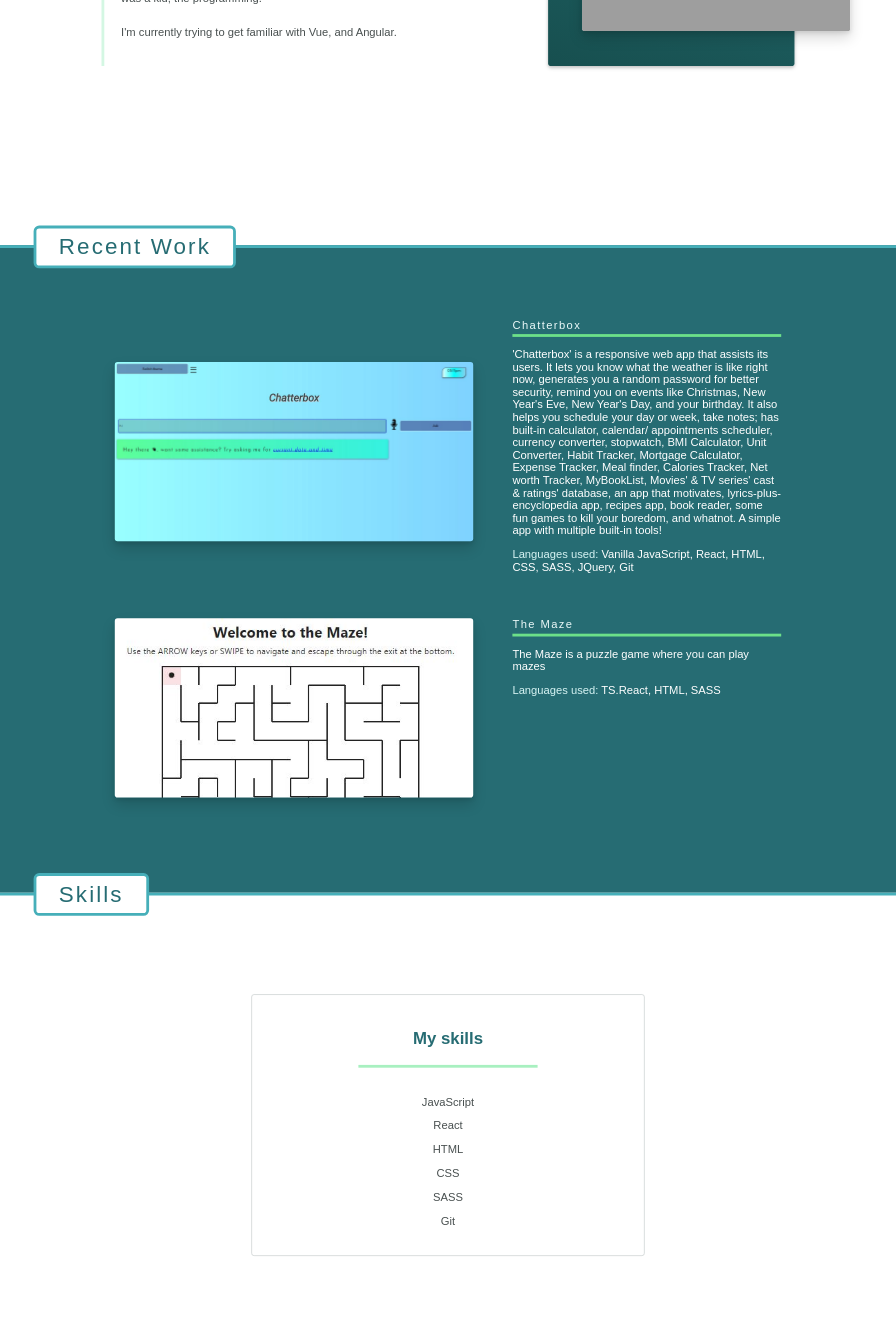
Repository: Abbaskhurram255/port
Page: /
These files come from the project's save history. The page is drawn as it stood at one moment and after the next save; the edit follows.
The browser window is 1280 px wide. The pictures show the part of the page from y = 516 to 2436 px (the page is 2782 px tall), at 70% of full size.
Pictures or frames that could not be fetched are drawn as grey boxes. The page's requests for data from a server got no answer. Some web fonts or font styles are not loaded; a fallback is used. Some web libraries are served in a nearby version. The project was rebuilt for these pictures with package versions that can differ from the ones it lists, and the page was loaded fresh each time. No one was signed in, and anything a server would have sent is missing.

Above is the page before, as saved 2020-12-03 23:15:23.

### public/index.html
<!DOCTYPE html>
<html lang="en">
  <head>
    <meta charset="utf-8" />
    <meta
      name="viewport"
      content="width=device-width, initial-scale=1, shrink-to-fit=no"
    />
    <meta name="theme-color" content="#000000" />
    <meta property="og:title" content="Alex Puth | Portfolio" />
    <meta
      property="og:description"
      content="A portfolio of web applications by Alex Puth"
    />
    <meta property="og:url" content="https://www.abbaskhurram255.github.io/" />
    <meta property="og:image" content="/images/portfolio-home.jpg" />
    <title>Alex Puth | Portfolio</title>
    <link
      href="https://fonts.googleapis.com/css?family=Muli:300,400,600,700"
      rel="stylesheet"
    />
    <link
      rel="stylesheet"
      href="https://use.fontawesome.com/releases/v5.4.2/css/all.css"
      integrity="sha384-/rXc/GQVaYpyDdyxK+ecHPVYJSN9bmVFBvjA/9eOB+pb3F2w2N6fc5qB9Ew5yIns"
      crossorigin="anonymous"
    />
  </head>

  <body>
    <noscript>You need to enable JavaScript to run this app.</noscript>
    <div id="root"></div>
  </body>
</html>

### src/index.tsx
import React from "react";
import ReactDOM from "react-dom";
import App from "./App";
import * as serviceWorker from "./serviceWorker";
import "./styles/styles.scss";

ReactDOM.render(<App />, document.getElementById("root"));

// If you want your app to work offline and load faster, you can change
// unregister() to register() below. Note this comes with some pitfalls.
// Learn more about service workers: http://bit.ly/CRA-PWA
serviceWorker.unregister();

### src/App.tsx
import * as React from "react";
import Contact from "./components/Contact";
import Home from "./components/Home";
import Navbar from "./components/Navbar";
import RecentWork from "./components/RecentWork";
import Skills from "./components/Skills";

class App extends React.Component {
  public render() {
    return (
      <div>
        <Navbar />
        <Home />
        <RecentWork />
        <Skills />
        <Contact />
      </div>
    );
  }
}

export default App;

### src/styles/styles.scss
@import "./base/settings";
@import "./base/base";
@import "./components/navbar";
@import "./components/home";
@import "./components/images";
@import "./components/recent-works";
@import "./components/projects";
@import "./components/project";
@import "./components/skills";
@import "./components/skill";
@import "./components/contact";
@import "./components/social";
@import "./components/section-title";

### src/components/Contact.tsx
import * as React from "react";
import utils from "../utils/constants";
import Social from "./Social";
import Title from "./Title";

const { GITHUB_URL, TWITTER_URL } = utils.social;
const { EMAIL } = utils.contact;

const Contact = () => {
  return (
    <div id="contact" className="contact">
      <Title title="Get in Touch" parentComponent="contact" />
      <div className="contact__social-links">
        <p className="contact__brackets">{"{"}</p>
        <Social socialIcon="fab fa-github" socialUrl={GITHUB_URL} />
        <Social socialIcon="fab fa-twitter" socialUrl={TWITTER_URL} />
        <Social socialIcon="fas fa-envelope" socialUrl={`mailto:${EMAIL}`} />
        <p className="contact__brackets">{"}"}</p>
      </div>
    </div>
  );
};

export default Contact;

### src/components/Home.tsx
import * as React from "react";
import Image from "./Image";
import Text from "./Text";
import Title from "./Title";

const Home = () => {
  return (
    <div className="home">
      <div className="home__text-container">
        <Title
          title="<Alex Puth (aka Khurram) />"
          parentComponent="home"
          subTitle="Front-End Developer"
        />
        <Text parentComponent="home" mobile="" />
      </div>
      <Image
        src="/images/headshot.jpg"
        alt="Headshot of Alex Puth"
        parentComponent="home"
      />
      <Text parentComponent="home" mobile="--mobile" />
    </div>
  );
};

export default Home;

### src/components/Navbar.tsx
import * as React from "react";

interface INavbarState {
  linkClass: string;
  isToggled: boolean;
}

class Navbar extends React.Component {
  public state = {
    isToggled: true,
    linkClass: "navbar__link"
  };

  public toggleNav = () => {
    const { isToggled } = this.state;
    this.setState({ isToggled: !isToggled });
    isToggled
      ? this.setState({ linkClass: "navbar__link--show" })
      : this.setState({ linkClass: "navbar__link" });
  };

  public render() {
    return (
      <div className="navbar">
        <a className="navbar__brand" href="#">
          <p className="navbar__brand-text">AP</p>
        </a>
        <i onClick={this.toggleNav} className="fas fa-bars navbar__hamburger" />
        <div className="navbar__link-box">
          <a className={this.state.linkClass} href="#">
            <p className="navbar__link-text">Home</p>
          </a>

          <a className={this.state.linkClass} href="#recent-works">
            <p className="navbar__link-text">Recent Work</p>
          </a>

          <a className={this.state.linkClass} href="#skills">
            <p className="navbar__link-text">Skills</p>
          </a>

          <a className={this.state.linkClass} href="#contact">
            <p className="navbar__link-text">Contact</p>
          </a>
        </div>
      </div>
    );
  }
}
export default Navbar;

### src/components/RecentWork.tsx
import * as React from "react";
import Projects from "./Projects";
import Title from "./Title";

const RecentWork = () => {
  return (
    <div id="recent-works" className="recent-works">
      <Title title="Recent Work" parentComponent="recent-works" />
      <Projects />
    </div>
  );
};

export default RecentWork;

### src/components/Skills.tsx
import * as React from "react";
import Skill from "./Skill";
import Title from "./Title";

const Skills = () => {
  const technicalSkills: string[] = [
    "JavaScript",
    "React",
    "HTML",
    "CSS",
    "SASS",
    "Git"
  ];

  return (
    <div id="skills" className="skills">
      <Title title={"Skills"} parentComponent="skills" />
      <div className="skills__set-box">
        <Skill title="My skills" skills={technicalSkills} />
      </div>
    </div>
  );
};

export default Skills;

### src/styles/base/_base.scss
html {
  font-size: 62.5%;
  scroll-behavior: smooth;
}

body {
  margin: 0;
  background-color: $white;
}

button {
  cursor: pointer;
}

button:disabled {
  cursor: default;
}

### src/styles/components/_home.scss
.home {
  display: flex;
  flex-direction: column;
  justify-content: space-around;
  margin: $size-10 auto $size-8 auto;
  max-width: 100rem;
  padding: 0 $size-4;
  @media (min-width: $breakpoint-1) {
    margin: $size-10 25% $size-9 25%;
  }
  @media (min-width: $breakpoint-2) {
    flex-direction: row;
    margin: $size-10 auto $size-12 auto;
  }
}

.home__title-box {
  align-items: center;
  display: flex;
  flex-direction: column;
  justify-content: center;
  margin-top: $size-3;
  @media (min-width: $breakpoint-2) {
    margin: 0;
    margin-left: -$size-9;
    align-items: flex-start;
  }
}

.home__title {
  color: $primary-7;
  font-family: $header;
  font-size: $size-6;
  font-weight: 700;
  letter-spacing: 0.3rem;
  line-height: 1;
  margin: 0;
  @media (min-width: $breakpoint-1) {
    font-size: $size-6;
  }
  @media (min-width: $breakpoint-2 - 13) {
    font-size: $size-7;
  }
  @media (min-width: $breakpoint-3) {
    font-size: 7.2rem;
  }
}

.home__subtitle {
  color: $gray-5;
  font-family: $header;
  font-size: $size-4;
  font-weight: 300;
  margin: $size-3 0;
  @media (min-width: $breakpoint-1) {
    font-size: 1.8rem;
  }
  @media (min-width: $breakpoint-2 - 13) {
    font-size: $size-5;
  }
  @media (min-width: $breakpoint-3) {
    font-size: $size-6;
  }
}

.home__text-container {
  display: flex;
  flex-direction: column;
  justify-content: flex-end;
}

.home__text-box {
  border-left: $size-1 solid $secondary-2;
  margin-top: $size-6;
  padding: $size-5 $size-4;
  width: $size-14;
  @media (max-width: $breakpoint-2 - 1) {
    display: none;
  }
}

.home__text-box--mobile {
  border-left: $size-1 solid $secondary-2;
  box-sizing: border-box;
  margin-top: $size-6;
  padding: $size-2;
  width: 100%;
  @media (min-width: $breakpoint-2) {
    display: none;
  }
}

.home__text {
  color: $gray-7;
  font-family: $text;
  font-size: $size-3;
  line-height: 2;
  margin: 0;
  padding: $size-2;
  @media (min-width: $breakpoint-2) {
    font-size: $size-4;
  }
}

.home__text-link {
  @extend .home__text;
  color: $primary-7;
  padding: 0;
  text-decoration: none;
}

.home__text-link:hover {
  color: $primary-5;
}

### src/styles/components/images.scss
.home-image-box {
  background: $gradient-1;
  border-radius: $radius-2;
  box-shadow: $shadow-2;
  padding: $size-3;
  @media (min-width: $breakpoint-2) {
    display: block;
    padding: $size-7;
  }
}

.home-image {
  border-radius: $radius-2;
  box-shadow: $shadow-3;
  margin: 0;
  width: 100%;
  @media (min-width: $breakpoint-2) {
    margin-right: -$size-10;
    height: $size-13;
    width: $size-13;
  }
}

### src/styles/components/_recent-works.scss
.recent-works {
  align-items: center;
  background: $primary-7;
  border-top: $size-1 solid $primary-5;
  display: flex;
  flex-direction: column;
  padding-bottom: $size-2;
  @media (min-width: $breakpoint-1) {
    padding-left: 22%;
    padding-right: 22%;
  }
  @media (min-width: $breakpoint-2) {
    padding: 0;
    padding-bottom: $size-8;
  }
}

.recent-works__title-box {
  background: $white;
  border: $size-1 solid $primary-5;
  border-radius: $size-2;
  display: flex;
  flex-direction: column;
  justify-content: center;
  margin-top: -$size-5;
  padding: $size-2;
  @media (min-width: $breakpoint-2) {
    align-self: flex-start;
    margin-left: $size-7;
    margin-top: -$size-6;
    padding: $size-2 $size-6;
  }
}

.recent-works__title {
  color: $primary-7;
  font-family: $header;
  font-size: $size-4;
  font-weight: 400;
  letter-spacing: 0.3rem;
  margin: 0;
  padding: 0;
  @media (min-width: $breakpoint-2) {
    font-size: $size-6;
  }
}

### src/styles/components/_projects.scss
.projects {
  display: flex;
  flex-direction: column;
  justify-content: space-between;
  margin: $size-4 $size-7;
  width: 100%;
  @media (min-width: $breakpoint-2) {
    margin: $size-7;
    width: 100rem;
  }
}

### src/styles/components/_skills.scss
.skills {
  align-items: center;
  border-top: $size-1 solid $primary-5;
  display: flex;
  flex-direction: column;
  padding-bottom: $size-8;
  @media (min-width: $breakpoint-1) {
    padding-left: 20%;
    padding-right: 20%;
  }
  @media (min-width: $breakpoint-2) {
    padding: 0;
    padding-bottom: $size-8;
  }
}

.skills__title-box {
  background: $white;
  border: $size-1 solid $primary-5;
  border-radius: $size-2;
  display: flex;
  flex-direction: column;
  justify-content: center;
  margin-top: -$size-5;
  padding: $size-2;
  @media (min-width: $breakpoint-2) {
    align-self: flex-start;
    margin-left: $size-7;
    margin-top: -$size-6;
    padding: $size-2 $size-6;
  }
}

.skills__title {
  color: $primary-7;
  font-family: $header;
  font-size: $size-4;
  font-weight: 400;
  letter-spacing: 0.3rem;
  margin: 0;
  padding: 0;
  @media (min-width: $breakpoint-2) {
    font-size: $size-6;
  }
}

.skills__set-box {
  display: flex;
  flex-direction: column;
  justify-content: space-around;
  margin: 0;
  width: 100%;
  @media (min-width: $breakpoint-2) {
    flex-direction: row;
    margin: $size-9 $size-7;
    width: 100rem;
  }
}

### src/styles/components/_skill.scss
.skill {
  align-items: center;
  border: 1px solid $gray-3;
  border-radius: $radius-2;
  display: flex;
  flex-direction: column;
  margin: $size-4 auto;
  padding: $size-5;
  width: 80%;
  @media (min-width: $breakpoint-2) {
    margin: $size-4;
    padding: $size-5;
    width: $size-14;
  }
}

.skill__title-box {
  border-bottom: $size-1 solid $secondary-3;
  display: flex;
  justify-content: center;
  padding: 0;
  width: 100%;
  @media (min-width: $breakpoint-2) {
    width: $size-12;
  }
}

.skill__title {
  color: $primary-7;
  font-family: $text;
  font-size: $size-4;
  @media (min-width: $breakpoint-2) {
    font-size: $size-5;
  }
}

.skill__box {
  padding-top: $size-5;
  width: 100%;
}

.skill__name {
  color: $gray-7;
  font-family: $text;
  font-size: $size-4;
  text-align: center;
}

### src/styles/components/_contact.scss
.contact {
  align-items: center;
  border-top: $size-1 solid $primary-5;
  display: flex;
  flex-direction: column;
  background: #266c73;
}

.contact__title-box {
  background: $white;
  border: $size-1 solid $primary-5;
  border-radius: $size-2;
  display: flex;
  flex-direction: column;
  justify-content: center;
  margin-top: -$size-5;
  padding: $size-2 $size-6;
  @media (min-width: $breakpoint-2) {
    align-self: flex-start;
    margin-left: $size-7;
    margin-top: -$size-6;
  }
}

.contact__title {
  color: $primary-7;
  font-family: $header;
  font-size: $size-4;
  font-weight: 400;
  letter-spacing: 0.3rem;
  margin: 0;
  padding: 0;
  @media (min-width: $breakpoint-2) {
    font-size: $size-6;
  }
}

.contact__social-links {
  display: flex;
  margin: $size-8 0 $size-9 0;
}

.contact__brackets {
  color: $secondary-3;
  font-family: $text;
  font-size: $size-8;
  font-weight: 300;
  line-height: 0.5;
  margin: 0 $size-4;
  padding: 0;
  @media (min-width: $breakpoint-2) {
    display: block;
    font-size: $size-10;
  }
}

### src/styles/components/_social.scss
.social {
  color: $primary-5;
  font-size: $size-5;
  margin: $size-3;
  outline: none;
  transition-property: color, transform;
  transition-duration: 0.1s;
  transition-timing-function: ease;
  @media (min-width: $breakpoint-2) {
    font-size: $size-7;
    margin: $size-5;
  }
}

.social:hover,
.social:focus {
  color: $primary-6;
  transform: scale(1.2);
}

### src/styles/components/_section-title.scss
.section-title__box {
  align-self: flex-start;
  background: $white;
  border: $size-1 solid $primary-8;
  border-radius: $size-2;
  display: flex;
  flex-direction: column;
  justify-content: center;
  margin: -$size-6 0 0 $size-7;
  padding: $size-2 $size-6;
}

.section-title {
  color: $primary-7;
  font-family: $header;
  font-size: $size-6;
  font-weight: 400;
  letter-spacing: 0.3rem;
  margin: 0;
  padding: 0;
}

### src/utils/constants.ts
export default {
  contact: {
    EMAIL: process.env.REACT_APP_EMAIL || "abbaskhuram255@gmail.com"
  },
  social: {
    GITHUB_URL:
      process.env.REACT_APP_GITHUB_URL || "https://github.com/abbaskhurram255",
    TWITTER_URL:
      process.env.REACT_APP_TWITTER_URL || "https://twitter.com/alexputh255",
  }
};

### src/components/Social.tsx
import * as React from "react";

interface ISocialProps {
  socialIcon: string;
  socialUrl: string;
}

const Social = (props: ISocialProps) => {
  const { socialIcon, socialUrl } = props;
  return (
    <a
      href={socialUrl}
      rel="noopener noreferrer"
      className="social"
      target="_blank"
    >
      <i className={socialIcon} />
    </a>
  );
};

export default Social;

### src/components/Title.tsx
import * as React from "react";

interface ITitleProps {
  title: string;
  parentComponent: string;
  subTitle?: string;
}

const Title = (props: ITitleProps) => {
  const { title, subTitle, parentComponent: component } = props;
  return (
    <div className={`${component}__title-box`}>
      <h1 className={`${component}__title`}>{title}</h1>
      {subTitle && <h2 className={`${component}__subtitle`}>{subTitle}</h2>}
    </div>
  );
};

export default Title;

### src/components/Image.tsx
import * as React from "react";

interface IImageProps {
  src: string;
  alt: string;
  parentComponent: string;
}

const Image = (props: IImageProps) => {
  const { src, alt, parentComponent: component } = props;
  return (
    <div className={`${component}-image-box`}>
      <img src={`/Portfolio${src}`} alt={alt} className={`${component}-image`} />
    </div>
  );
};

export default Image;

### src/components/Text.tsx
import * as React from "react";

interface ITextProps {
  parentComponent: string;
  mobile: string;
}

const Text = (props: ITextProps) => {
  const { parentComponent: component, mobile } = props;
  return (
    <div className={`${component}__text-box${mobile}`}>
      <p className={`${component}__text`}>
        Hi, my name is Alex, and I'm a frontend developer. I love using
        functional programming concepts in JavaScript and building web
        applications with it. I'm a coding enthusiast. I've been creating web
        applications since I was 13 - I'm 19 now. It's been my hobby
        since I was a kid, the programming. {" "}
      </p>
      <p className={`${component}__text`}>I'm currently
        trying to get familiar with Vue, and Angular.</p>
    </div>
  );
};

export default Text;

### src/components/Projects.tsx
import * as React from "react";
import { projects } from "../utils/data";
import Project from "./Project";

const Projects = () => (
  <div className="projects">
    {projects.map(project => (
      <Project
        project={project.name}
        projectDescription={project.description}
        projectSourceCode={project.sourceCode}
        projectTools={project.tools}
        projectUrl={project.url}
        image={project.image}
        key={project.name}
      />
    ))}
  </div>
);

export default Projects;

### src/components/Skill.tsx
import * as React from "react";

interface ISkillProps {
  skills: string[];
  title: string;
}

const DeveloperSkills = (props: ISkillProps) => {
  const { skills, title } = props;
  return (
    <div className="skill">
      <div className="skill__title-box">
        <h3 className="skill__title">{title}</h3>
      </div>
      <div className="skill__box">
        {skills.map((skill: string) => (
          <p className="skill__name" key={skill}>
            {skill}
          </p>
        ))}
      </div>
    </div>
  );
};

export default DeveloperSkills;

### src/utils/data.ts

interface IProject {
  description: string;
  image: string;
  name: string;
  sourceCode: string;
  tools: string;
  url: string;
}

export const projects: IProject[] = [
  {
    description:
      "'Chatterbox' is a responsive web app that assists its users. It lets you know what the weather is like right now, generates you a random password for better security, remind you on events like Christmas, New Year's Eve, New Year's Day, and your birthday. It also helps you schedule your day or week, take notes; has built-in calculator, calendar/ appointments scheduler, currency converter, stopwatch, BMI Calculator, Unit Converter, Habit Tracker, Mortgage Calculator, Expense Tracker, Meal finder, Calories Tracker, Net worth Tracker, MyBookList, Movies' & TV series' cast & ratings' database, an app that motivates, lyrics-plus-encyclopedia app, recipes app, book reader, some fun games to kill your boredom, and whatnot. A simple app with multiple built-in tools!",
    image: "meal to list",
    name: "Chatterbox",
    sourceCode: "https://github.com/Abbaskhurram255/Chatterbox/",
    tools: "Vanilla JavaScript, React, HTML, CSS, SASS, JQuery, Git",
    url: "https://abbaskhurram255.github.io/Chatterbox/getting-started"
  },
  {
    description:
      "The Maze is a puzzle game where you can play mazes",
    image: "maze",
    name: "The Maze",
    sourceCode: "https://github.com/Abbaskhurram255/maze/",
    tools: "TS.React, HTML, SASS",
    url: "https://alexs-maze-game.netlify.app"
  }
];

### src/components/Project.tsx
import * as React from "react";

interface IProjectProps {
  image: string;
  project: string;
  projectDescription: string;
  projectTools: string;
  projectSourceCode: string;
  projectUrl: string;
}

const Project = (props: IProjectProps) => {
  const {
    image,
    project,
    projectDescription,
    projectSourceCode,
    projectTools,
    projectUrl
  } = props;
  return (
    <div className="project">
      <div className={`project__image-box project__image-box--${image}`}>
        <div className="project__link-box">
          {projectUrl && (
            <a
              className="project__link"
              href={projectUrl}
              rel="noopener noreferrer"
              target="_blank"
            >
              View Site
            </a>
          )}
          <a
            className="project__link"
            href={projectSourceCode}
            rel="noopener noreferrer"
            target="_blank"
          >
            View Source Code
          </a>
          <a
            className="project__link"
            href="https://github.com/Abbaskhurram255/maze/raw/main/public/android/the-maze.apk"
            rel="noopener noreferrer"
            target="_blank"
          >
            Play on Android
          </a>
        </div>
      </div>
      <div className="project__info-box">
        <h3 className="project__name">{project}</h3>
        <p className="project__description">{projectDescription}</p>
        <p className="project__description">
          <span className="project__tools-label">Languages used:</span>{" "}
          {projectTools}
        </p>
      </div>
      <div className="project__link-box--mobile">
        {projectUrl && (
          <a
            className="project__link--mobile"
            href={projectUrl}
            rel="noopener noreferrer"
            target="_blank"
          >
            View Site
          </a>
        )}
        <a
          className="project__link--mobile"
          href={projectSourceCode}
          rel="noopener noreferrer"
          target="_blank"
        >
          View Source Code
        </a>
      </div>
    </div>
  );
};

export default Project;

Loaded but not shown: src/serviceWorker.ts (common file); src/styles/components/_project.scss (148 lines, source omitted); src/styles/base/_settings.scss (89 lines, source omitted); src/styles/components/_navbar.scss (137 lines, source omitted)

After the next save:
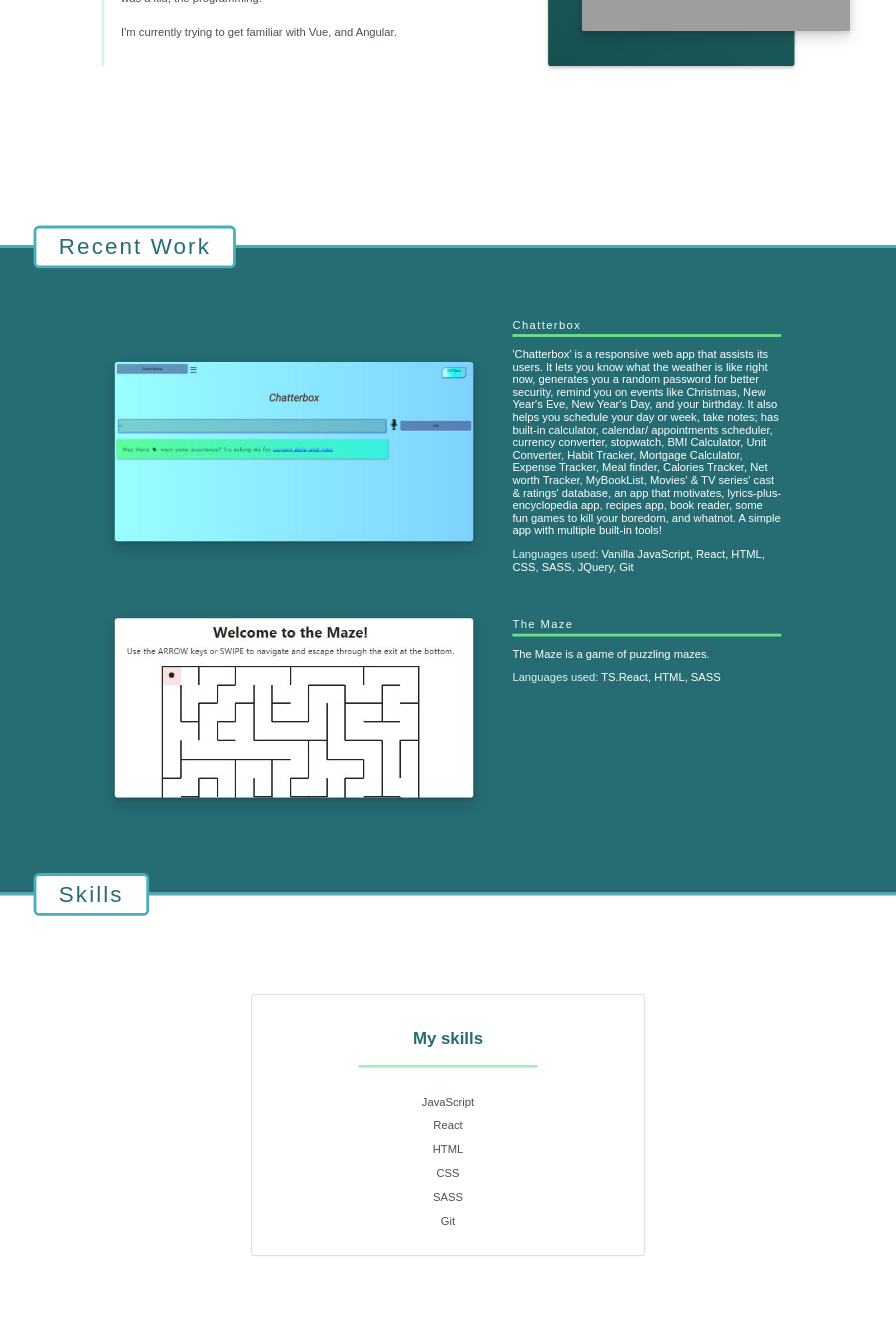
Saved 24 s later.
--- a/src/utils/data.ts
+++ b/src/utils/data.ts
@@ -20,7 +20,7 @@
   },
   {
     description:
-      "The Maze is a puzzle game where you can play mazes",
+      "The Maze is a game of puzzling mazes. ",
     image: "maze",
     name: "The Maze",
     sourceCode: "https://github.com/Abbaskhurram255/maze/",
